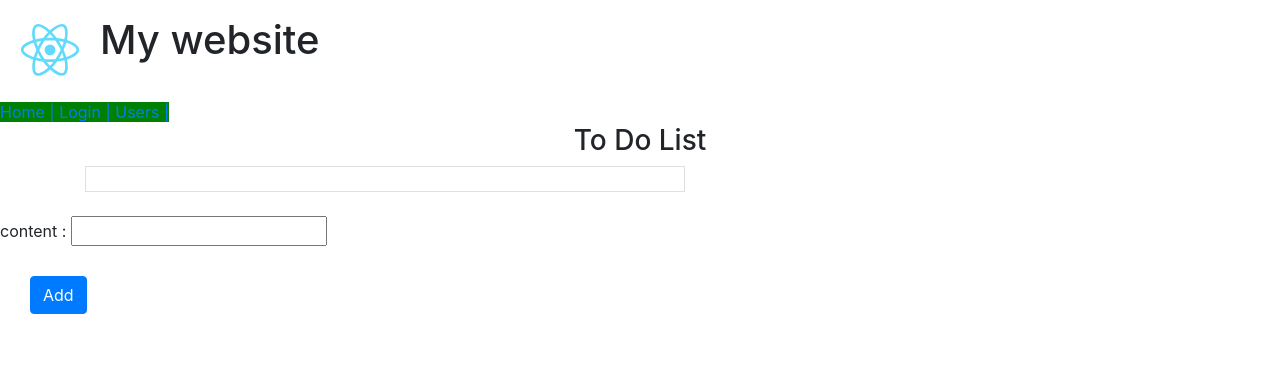
Repository: Marwa-Medhat/ReactJS-Labs
Page: / (app in myapp/), after clicking the first element matching `button.btn`
These files come from the project's save history. The page is drawn as it stood at one moment and after the next save; the edit follows.
The browser window is 1280 px wide. The pictures show the whole page.
The project was rebuilt for these pictures with package versions that can differ from the ones it lists, and the page was loaded fresh each time.

Above is the page before, as saved 2021-04-28 20:38:04.

After the next save:
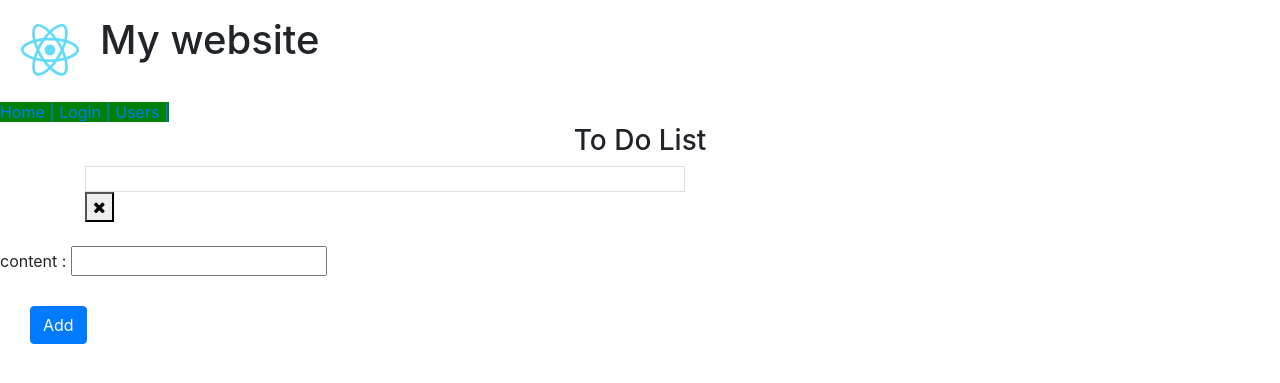
Saved 103 s later.
--- a/myapp/src/App2.js
+++ b/myapp/src/App2.js
@@ -91,7 +91,7 @@ class DisplayTask extends React.Component{
     render(){
         return <div>
     <a href="#" class="list-group-item list-group-item-action " style={{width:600, textAlign:"center"}}>{this.props.content.content}</a>
-
+        <button><i className="fa fa-times danger" ></i></button>
     </div>
     }
 }
